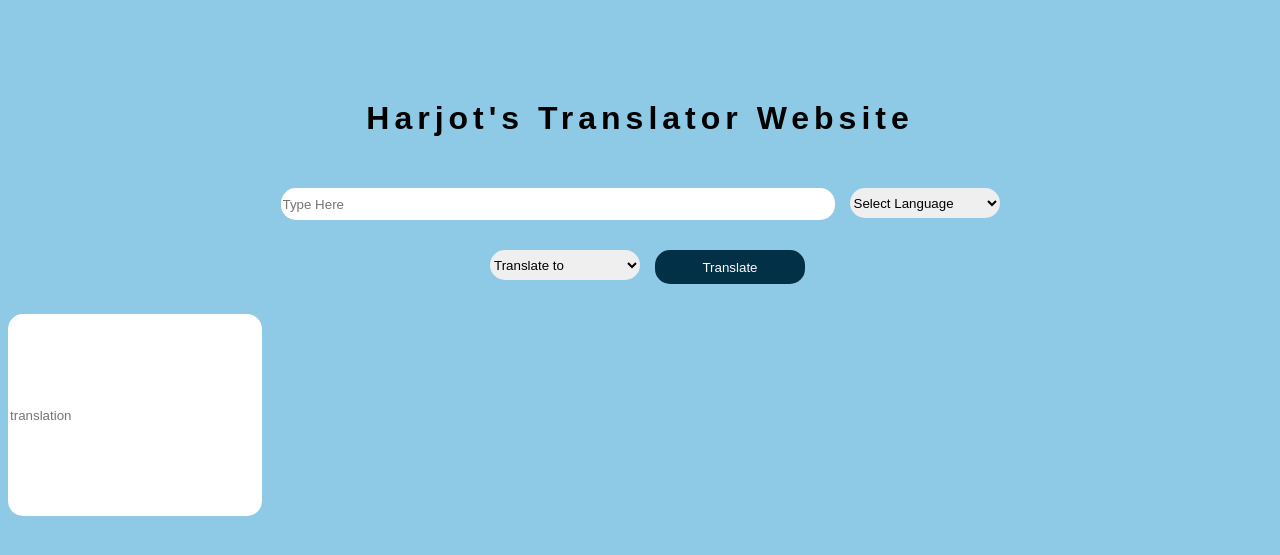
Repository: Harjot00/Pythonpractice
Page: Translator/homepage.html
The author's editor kept a copy of each file at every save. The page is drawn from the files as they stood at one save, then again after the next save.
The browser window is 1280 px wide. The pictures show the whole page.
Some web fonts or font styles are not loaded; a fallback is used.

Above is the page before, as saved 2022-03-06 19:43:09.

After the next save:
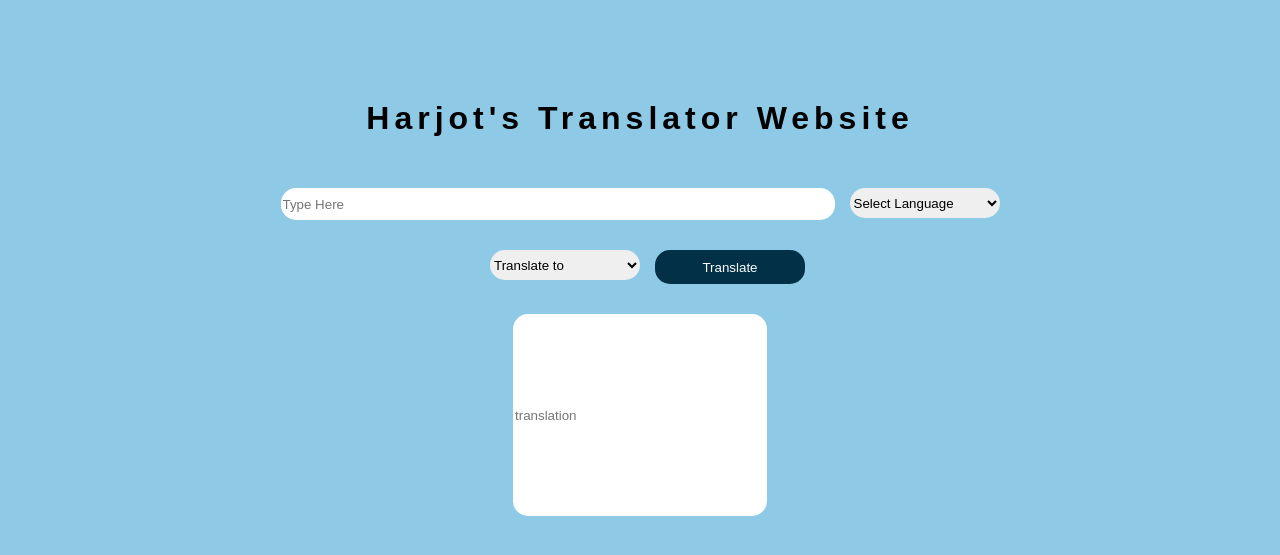
Saved 16 s later.
--- a/Translator/homepage.html
+++ b/Translator/homepage.html
@@ -38,7 +38,7 @@
         <button>Translate</button>
 
     </div>
-    <div style =" display: flex justify-content: center">
+    <div style =" display: flex; justify-content: center">
         <input  type="text"id ="translation" placeholder="translation"></input>
     </div>
 </body>
